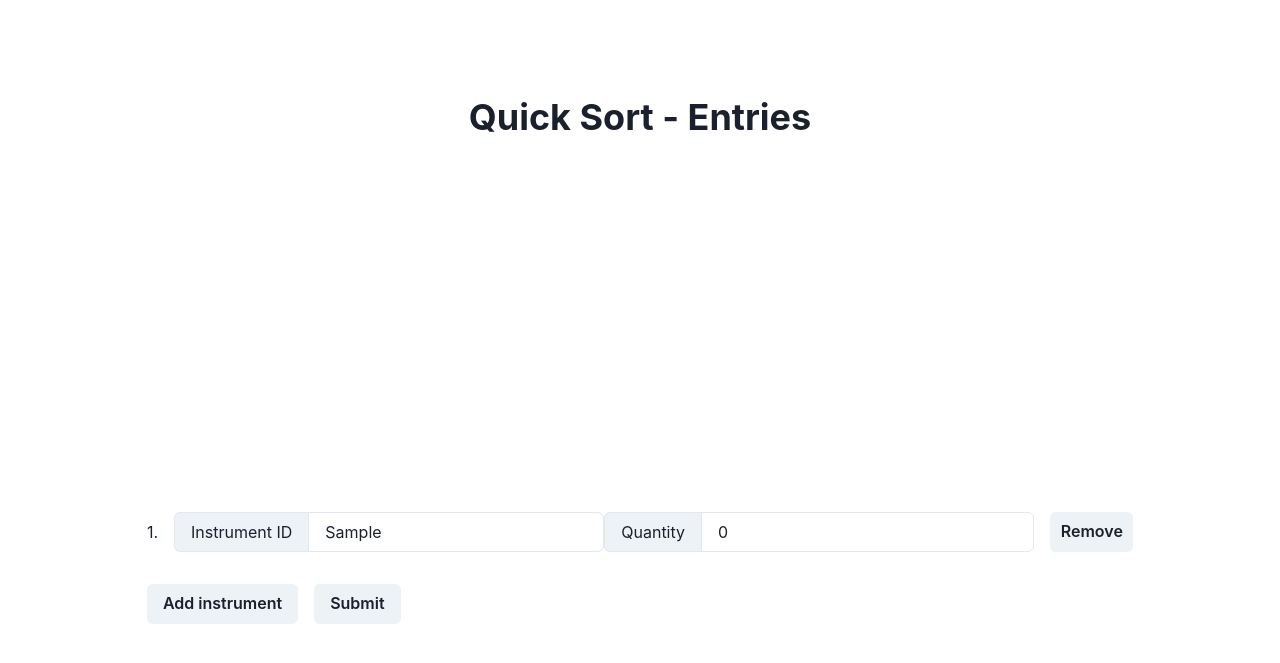
Repository: rohit-jindal18/stock-trailer
Page: /home
These files come from the project's save history. The page is drawn as it stood at one moment and after the next save; the edit follows.
The browser window is 1280 px wide. The pictures show the whole page.
The project was rebuilt for these pictures with package versions that can differ from the ones it lists, and the page was loaded fresh each time. The framework's server and built-in components were replaced by stand-ins that run in the browser. Also part of the build but not shown: next.config.js.

Above is the page before, as saved 2023-03-14 15:07:22.

After the next save:
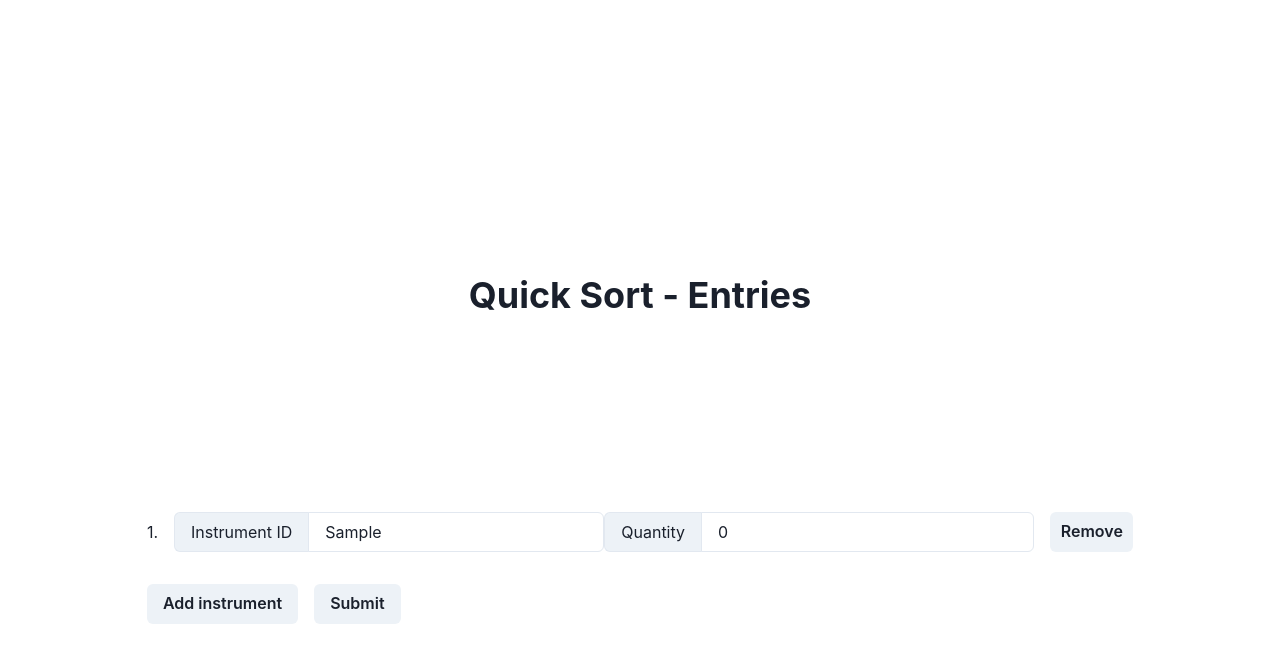
Saved 29 s later.
--- a/src/pages/home.tsx
+++ b/src/pages/home.tsx
@@ -30,8 +30,8 @@
       </Head>
       <main className={styles.main}>
         <div className={styles.description}>
-          <Heading>Quick Sort - Entries</Heading>
         </div>
+        <Heading>Quick Sort - Entries</Heading>
         <Box>
           {
             instruments.map((instrument, index) => {

After the save that followed:
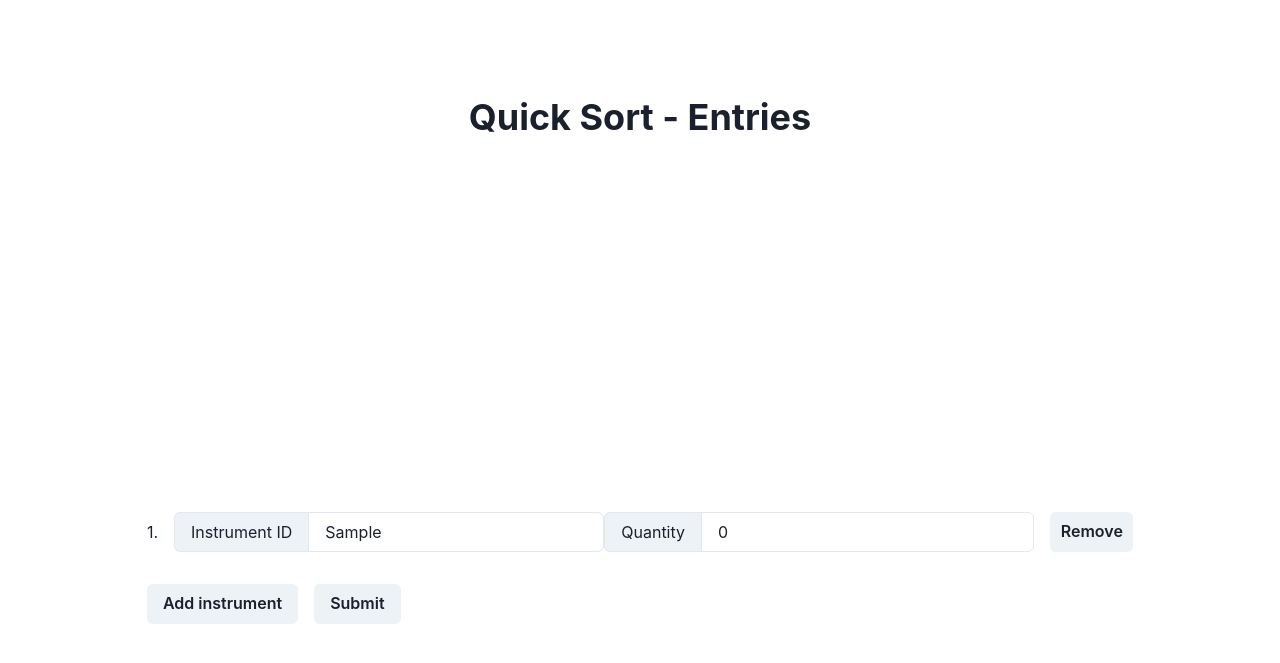
Saved 9 s later.
--- a/src/pages/home.tsx
+++ b/src/pages/home.tsx
@@ -29,8 +29,6 @@
         <link rel="icon" href="/favicon.ico" />
       </Head>
       <main className={styles.main}>
-        <div className={styles.description}>
-        </div>
         <Heading>Quick Sort - Entries</Heading>
         <Box>
           {
